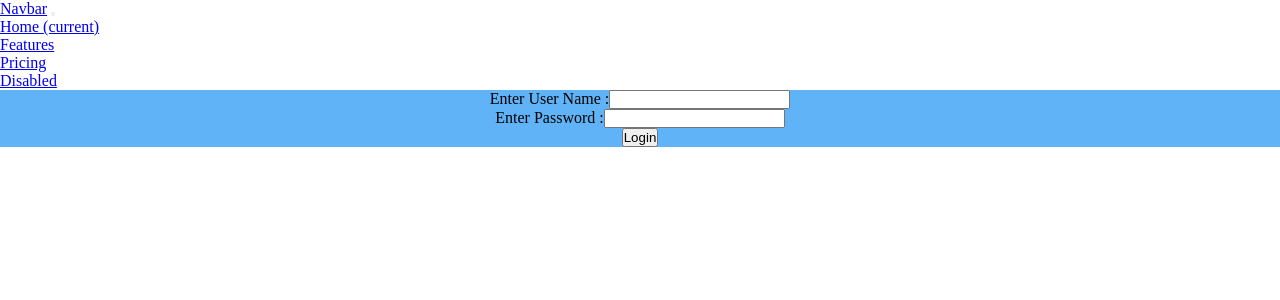
Repository: MyselfAman/Login_Page_Servlet
Page: http://localhost/Login_Page/login.jsp
These files come from the project's save history. The page is drawn as it stood at one moment and after the next save; the edit follows.
The browser window is 1280 px wide. The pictures show the whole page.
The page is served by Tomcat 9. Other server files are loaded and not shown.

Above is the page before, as saved 2019-08-08 03:57:39.

### Login_Page/WebContent/login.jsp
<%@ page language="java" contentType="text/html; charset=ISO-8859-1"
    pageEncoding="ISO-8859-1"%>
<!DOCTYPE html>
<html>
<head>
<meta charset="ISO-8859-1">
<title>LearnToCode | Login</title>
 <link href="style.css" rel="stylesheet" type="text/css">
</head>
<body>
<nav class="navbar navbar-expand-lg navbar-light bg-light">
  <a class="navbar-brand" href="#">Navbar</a>
  <button class="navbar-toggler" type="button" data-toggle="collapse" data-target="#navbarNav" aria-controls="navbarNav" aria-expanded="false" aria-label="Toggle navigation">
    <span class="navbar-toggler-icon"></span>
  </button>
  <div class="collapse navbar-collapse" id="navbarNav">
    <ul class="navbar-nav">
      <li class="nav-item active">
        <a class="nav-link" href="#">Home <span class="sr-only">(current)</span></a>
      </li>
      <li class="nav-item">
        <a class="nav-link" href="#">Features</a>
      </li>
      <li class="nav-item">
        <a class="nav-link" href="#">Pricing</a>
      </li>
      <li class="nav-item">
        <a class="nav-link disabled" href="#" tabindex="-1" aria-disabled="true">Disabled</a>
      </li>
    </ul>
  </div>
</nav>

	<form action="login" class="login">
	 Enter User Name :<input type="text" name="username" ><br>
	  Enter Password :<input type="password" name="password"><br>
	  <input type="submit" value="Login">
	</form>
</body>
</html>

### Login_Page/WebContent/style.css
@charset "ISO-8859-1";


*{
	margin:0px;
	padding:0px;
}

body{

}

.login{
	margin: auto;
	text-align: center;
	background-color:#5fb3f6;
}

After the next save:
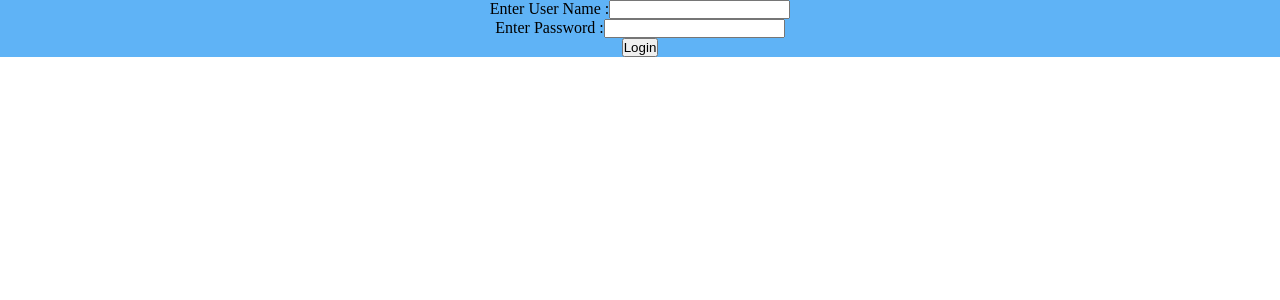
Saved 10 s later.
--- a/Login_Page/WebContent/login.jsp
+++ b/Login_Page/WebContent/login.jsp
@@ -8,28 +8,7 @@
  <link href="style.css" rel="stylesheet" type="text/css">
 </head>
 <body>
-<nav class="navbar navbar-expand-lg navbar-light bg-light">
-  <a class="navbar-brand" href="#">Navbar</a>
-  <button class="navbar-toggler" type="button" data-toggle="collapse" data-target="#navbarNav" aria-controls="navbarNav" aria-expanded="false" aria-label="Toggle navigation">
-    <span class="navbar-toggler-icon"></span>
-  </button>
-  <div class="collapse navbar-collapse" id="navbarNav">
-    <ul class="navbar-nav">
-      <li class="nav-item active">
-        <a class="nav-link" href="#">Home <span class="sr-only">(current)</span></a>
-      </li>
-      <li class="nav-item">
-        <a class="nav-link" href="#">Features</a>
-      </li>
-      <li class="nav-item">
-        <a class="nav-link" href="#">Pricing</a>
-      </li>
-      <li class="nav-item">
-        <a class="nav-link disabled" href="#" tabindex="-1" aria-disabled="true">Disabled</a>
-      </li>
-    </ul>
-  </div>
-</nav>
+
 
 	<form action="login" class="login">
 	 Enter User Name :<input type="text" name="username" ><br>
